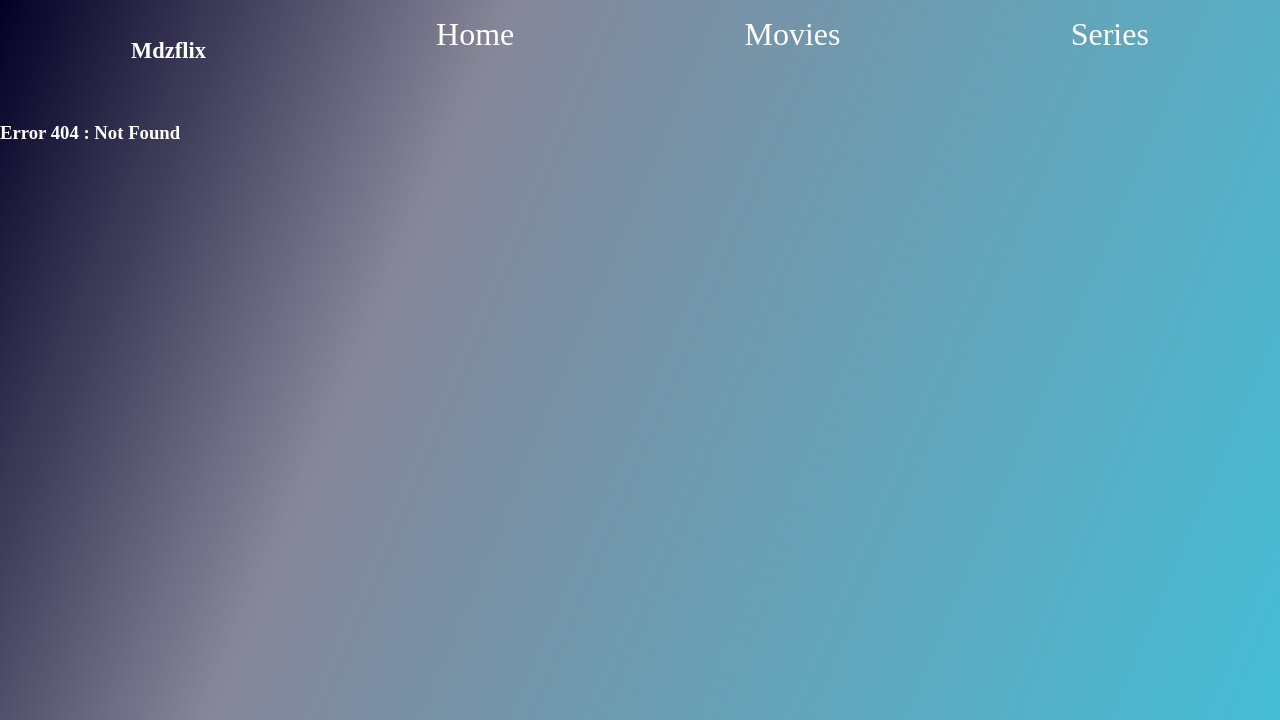
Repository: leo7mdz/app-movies-react
Page: /movies
The author's editor kept a copy of each file at every save. The page is drawn from the files as they stood at one save, then again after the next save.
The browser window is 1280 px wide. The pictures show the whole page.
The page's requests for data from a server got no answer. The project was rebuilt for these pictures with package versions that can differ from the ones it lists, and the page was loaded fresh each time. No one was signed in, and anything a server would have sent is missing. Also part of the build but not shown: vite.config.js, src/components/details.module.css, src/pages/Details.jsx, src/components/Card.module.css, src/components/Card.jsx, src/components/GridCard.module.css, src/components/loader.module.css, src/components/Loader.jsx and 7 more.

Above is the page before, as saved 2023-03-13 15:33:28.

### src/App.jsx
import { BrowserRouter, Route, Routes } from "react-router-dom";
import "./app.css";
import NavBar from "./components/NavBar";
import MoviesProvider from "./context/MoviesContext";
import SeriesProvider from "./context/SeriesContext";
import Details from "./pages/Details";
import ErrorPage from "./pages/ErrorPage";
import Home from "./pages/Home";
import Series from "./pages/Series";

function App() {
  return (
    <BrowserRouter>
      <MoviesProvider>
        <SeriesProvider>
          <div className="app">
            <NavBar />

            <Routes>
              <Route path="/" element={<Home types="movie" />} />
              <Route path="/series" element={<Series types="tv" />} />
              <Route path="*" element={<ErrorPage />} />
              <Route path="/details/:type/:id" element={<Details />} />
            </Routes>
          </div>
        </SeriesProvider>
      </MoviesProvider>
    </BrowserRouter>
  );
}

export default App;

### src/index.css
body {
  margin: 0;
  min-height: 100vh;
  color: white;
  background: rgb(2,0,36);
  background: linear-gradient(113deg, rgba(2,0,36,1) 0%, rgba(134,134,153,1) 32%, rgba(69,190,214,1) 100%);
}

a {
  font-weight: 500;
  color: rgb(255,255,255);
  font-size: 2rem;
  text-decoration: none;
  display: block;
}
a:hover {
 transform: scale(1.1);
}
ul{
  display: flex;
  justify-content: space-around;
  list-style: none;
  margin-top: 0;
  margin-bottom: 0;
  padding:1rem;
  font-size: 1.2rem;
}

### src/app.css
.app{
    margin: 0;
    width: 100%;
    min-height: 100%;
}

### src/components/NavBar.jsx
import React from "react";
import { Link } from "react-router-dom";
import style from "./navBar.module.css";

const NavBar = () => {
  return (
    <nav className={style.nav}>
      <ul>
        <h3>Mdzflix</h3>
        <li>
          <Link to="/">Home</Link>
        </li>
        <li>
          <Link to="/movies">Movies</Link>
        </li>
        <li>
          <Link to="/series">Series</Link>
        </li>
      </ul>
    </nav>
  );
};

export default NavBar;

### src/context/MoviesContext.jsx
import { useContext } from "react";
import { createContext } from "react";
import useMoviesSearch from "../hooks/useMoviesSearch";

const MoviesContext = createContext();

export const contextMovies = () => {
  return useContext(MoviesContext);
};

const MoviesProvider = ({ children }) => {
  const { movies, page, totalPage, loading, setPage, error } =
    useMoviesSearch();

  const data = {
    movies,
    page,
    totalPage,
    loading,
    setPage,
    error,
  };

  return (
    <MoviesContext.Provider value={data}>{children}</MoviesContext.Provider>
  );
};

export default MoviesProvider;
//export { MoviesContext };

### src/context/SeriesContext.jsx
import { useContext } from "react";
import { createContext } from "react";

import useSeriesSearch from "../hooks/useSeriesSearch";

const SeriesContext = createContext();

export const contextSeries = () => {
  return useContext(SeriesContext);
};

const SeriesProvider = ({ children }) => {
  const { series, loading, error, page, totalPage, setPage } =
    useSeriesSearch();

  const data = {
    series,
    loading,
    error,
    page,
    totalPage,
    setPage,
  };
  return (
    <SeriesContext.Provider value={data}>{children}</SeriesContext.Provider>
  );
};

export default SeriesProvider;
//export { SeriesContext };

### src/pages/ErrorPage.jsx
import React from "react";

const ErrorPage = () => {
  return (
    <div>
      <h3>Error 404 : Not Found</h3>
    </div>
  );
};

export default ErrorPage;

### src/components/navBar.module.css
.nav{
    background-color: transparent;
}

### src/hooks/useMoviesSearch.js
import { useEffect, useReducer } from "react";
import moviesReducer, { MOVIES_INITIAL_STATE } from "../reducer/moviesReducer";
import MOVIES_ACTIONS from "../utils/movies-actions";
import apiFetch from "../utils/apiFetch";
import { useSearchParams } from "react-router-dom";
import { useDebounce } from "./useDebaunce";

const searchMovies = async (
  endpoint,
  search,
  page,
  startSearch,
  searchSuccess,
  searchError
) => {
  startSearch();

  const { success, data, statusCode } = await apiFetch(endpoint, search, page);

  if (success) {
    return searchSuccess(data.results, data.total_pages);
  }
  return searchError(`Error:${statusCode}`);
};

const useMoviesSearch = () => {
  const [moviesSearch, moviesDispatch] = useReducer(
    moviesReducer,
    MOVIES_INITIAL_STATE
  );

  const [query] = useSearchParams();
  const search = query.get("search");

  const debounce = useDebounce(search, 300);

  const endpoint = search ? "/search/movie" : `/movie/popular`;

  const startSearch = () => {
    moviesDispatch({ type: MOVIES_ACTIONS.START_SEARCH });
  };

  const searchSuccess = (movies, totalPage) => {
    moviesDispatch({
      type: MOVIES_ACTIONS.MOVIES_SEARCH_SUCCESS,
      movies,
      totalPage,
    });
  };

  const searchError = (error) => {
    moviesDispatch({ type: MOVIES_ACTIONS.MOVIES_SEARCH_ERROR, error });
  };

  const setPage = (page) => {
    moviesDispatch({ type: MOVIES_ACTIONS.MOVIES_SETPAGE, page });
  };

  useEffect(() => {
    searchMovies(
      endpoint,
      debounce,
      moviesSearch.page,
      startSearch,
      searchSuccess,
      searchError
    );
  }, [moviesSearch.page, debounce]);

  return {
    ...moviesSearch,
    setPage,
  };
};

export default useMoviesSearch;

### src/hooks/useSeriesSearch.js
import { useEffect } from "react";
import { useReducer } from "react";
import { useSearchParams } from "react-router-dom";
import seriesReducer, { SERIES_INITIAL_STATE } from "../reducer/seriesReducer";
import apiFetch from "../utils/apiFetch";
import SERIES_ACTIONS from "../utils/series-action";
import { useDebounce } from "./useDebaunce";

const searchSeries = async (
  endpoint,
  search,
  page,
  startSearch,
  successSearch,
  errorSearch
) => {
  startSearch();
  const { data, success, statusCode } = await apiFetch(endpoint, search, page);

  if (success) {
    return successSearch(data.results, data.total_pages);
  }
  return errorSearch(`Error : ${statusCode}`);

  //console.log(data);
};

const useSeriesSearch = () => {
  const [seriesSearch, seriesDispatch] = useReducer(
    seriesReducer,
    SERIES_INITIAL_STATE
  );

  const [query] = useSearchParams();
  const search = query.get("search");

  const endpoint = search ? `/search/tv` : `/tv/popular`;

  const debounce = useDebounce(search, 300);

  const startSearch = () => {
    seriesDispatch({ type: SERIES_ACTIONS.START_SEARCH_SERIES });
  };

  const successSearch = (series, totalPage) => {
    seriesDispatch({
      type: SERIES_ACTIONS.SERIES_SEARCH_SUCCESS,
      series,
      totalPage,
    });
  };

  const errorSearch = (error) => {
    seriesDispatch({ type: SERIES_ACTIONS.SERIES_SEARCH_SUCCESS, error });
  };

  const setPage = (page) => {
    seriesDispatch({ type: SERIES_ACTIONS.SERIES_SETPAGE, page });
  };

  useEffect(() => {
    searchSeries(
      endpoint,
      debounce,
      seriesSearch.page,
      startSearch,
      successSearch,
      errorSearch
    );
  }, [seriesSearch.page, debounce]);

  return {
    ...seriesSearch,
    setPage,
  };
};

export default useSeriesSearch;

### src/constants/api.js
export const API_HOST = "https://api.themoviedb.org/3";

export const API_KEY = "3e13254e67f6740db149cb7e98614a79";

export const IMG_PATH = "https://image.tmdb.org/t/p/w300/";

### src/utils/apiFetch.js
import { API_HOST, API_KEY } from "../constants/api.js";

const apiFetch = async (endpoint, search, page = 1) => {
  const urlEndpoint = search
    ? `${API_HOST}${endpoint}?api_key=${API_KEY}&page=${page}&query=${search}`
    : `${API_HOST}${endpoint}?api_key=${API_KEY}&page=${page}`;

  try {
    const res = await fetch(urlEndpoint);

    if (res.ok) {
      const data = await res.json();

      //console.log(data);
      return {
        success: true,
        data,
      };
    }

    return {
      success: false,
      statusCode: res.status,
    };
  } catch (error) {
    return {
      success: false,
      code: 500,
    };
  }
};

export default apiFetch;

### src/reducer/moviesReducer.js
import MOVIES_ACTIONS from "../utils/movies-actions";

const MOVIES_INITIAL_STATE = {
  movies: "",
  loading: false,
  error: undefined,
  page: 1,
  totalPages: 1,
};

const moviesReducer = (state, action) => {
  switch (action.type) {
    case MOVIES_ACTIONS.START_SEARCH: {
      return {
        ...state,
        loading: true,
      };
    }
    case MOVIES_ACTIONS.MOVIES_SEARCH_SUCCESS: {
      return {
        ...state,
        movies: action.movies,
        loading: false,
        totalPage: action.totalPage,
      };
    }
    case MOVIES_ACTIONS.MOVIES_SEARCH_ERROR: {
      return {
        ...state,
        error: action.error,
      };
    }
    case MOVIES_ACTIONS.MOVIES_SETPAGE: {
      return {
        ...state,
        page: action.page,
      };
    }
    default:
      return state;
  }
};

export { MOVIES_INITIAL_STATE };
export default moviesReducer;

### src/utils/movies-actions.js
const MOVIES_ACTIONS = {
  START_SEARCH: 0,
  MOVIES_SEARCH_SUCCESS: 1,
  MOVIES_SEARCH_ERROR: 2,
  MOVIES_SETPAGE: 3,
};

export default MOVIES_ACTIONS;

### src/hooks/useDebaunce.js
import { useEffect, useState } from "react";

export function useDebounce(value, delay) {
  // State and setters for debounced value
  const [debouncedValue, setDebouncedValue] = useState(value);
  useEffect(
    () => {
      // Update debounced value after delay
      const handler = setTimeout(() => {
        setDebouncedValue(value);
      }, delay);
      // Cancel the timeout if value changes (also on delay change or unmount)
      // This is how we prevent debounced value from updating if value is changed ...
      // .. within the delay period. Timeout gets cleared and restarted.
      return () => {
        clearTimeout(handler);
      };
    },
    [value, delay] // Only re-call effect if value or delay changes
  );
  return debouncedValue;
}

### src/reducer/seriesReducer.js
import SERIES_ACTIONS from "../utils/series-action";

const SERIES_INITIAL_STATE = {
  series: undefined,
  loading: false,
  error: null,
  page: 1,
  totalPage: 1,
};

const seriesReducer = (state, action) => {
  switch (action.type) {
    case SERIES_ACTIONS.START_SEARCH_SERIES: {
      return {
        ...state,
        loading: true,
      };
    }
    case SERIES_ACTIONS.SERIES_SEARCH_SUCCESS: {
      return {
        ...state,
        series: action.series,
        loading: false,
        totalPage: action.totalPage,
      };
    }
    case SERIES_ACTIONS.SERIES_SEARCH_ERROR: {
      return {
        ...state,
        error: action.error,
        loading: false,
      };
    }
    case SERIES_ACTIONS.SERIES_SETPAGE: {
      return {
        ...state,
        page: action.page,
      };
    }
    default:
      return state;
  }
};

export { SERIES_INITIAL_STATE };
export default seriesReducer;

### src/utils/series-action.js
const SERIES_ACTIONS = {
  START_SEARCH_SERIES: 0,
  SERIES_SEARCH_SUCCESS: 1,
  SERIES_SEARCH_ERROR: 2,
  SERIES_SETPAGE: 3,
};

export default SERIES_ACTIONS;

Loaded but not shown: index.html (common file); src/main.jsx (common file)

After the next save:
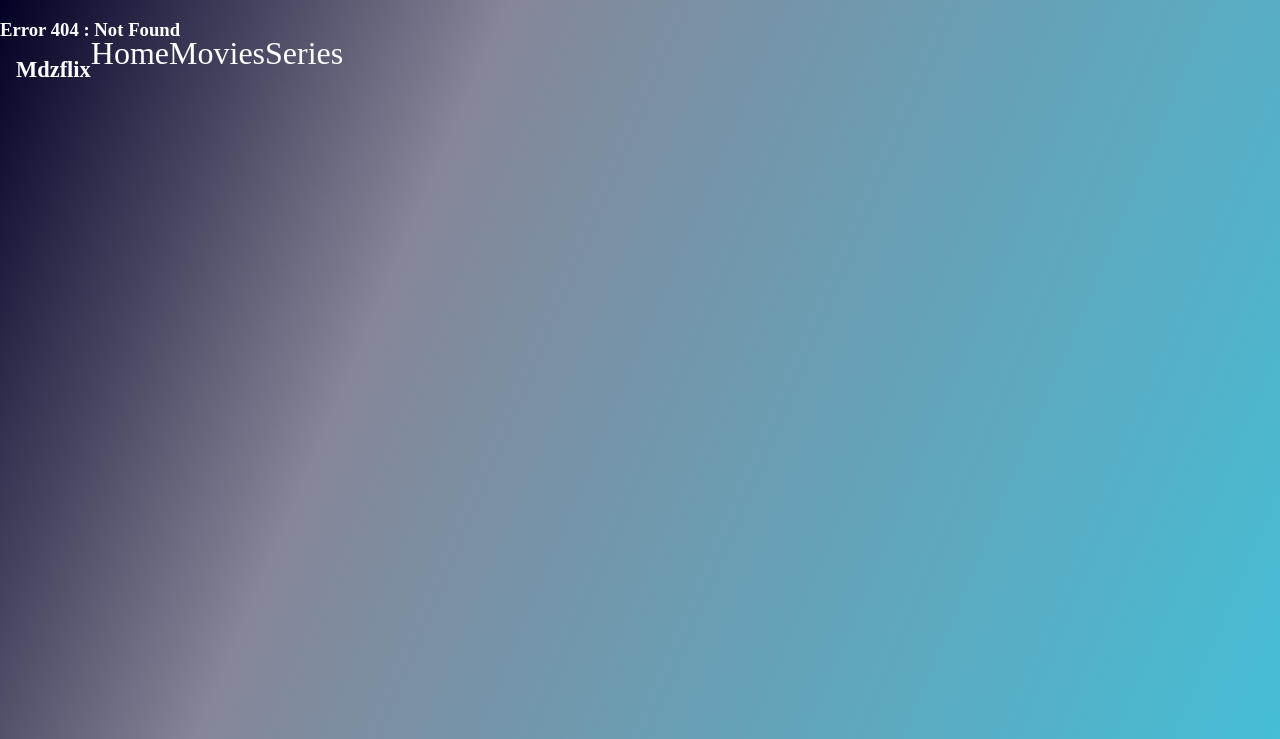
Saved 23 s later.
--- a/src/components/navBar.module.css
+++ b/src/components/navBar.module.css
@@ -1,3 +1,4 @@
-.nav{
+.nav {
     background-color: transparent;
+    position: fixed;
 }
